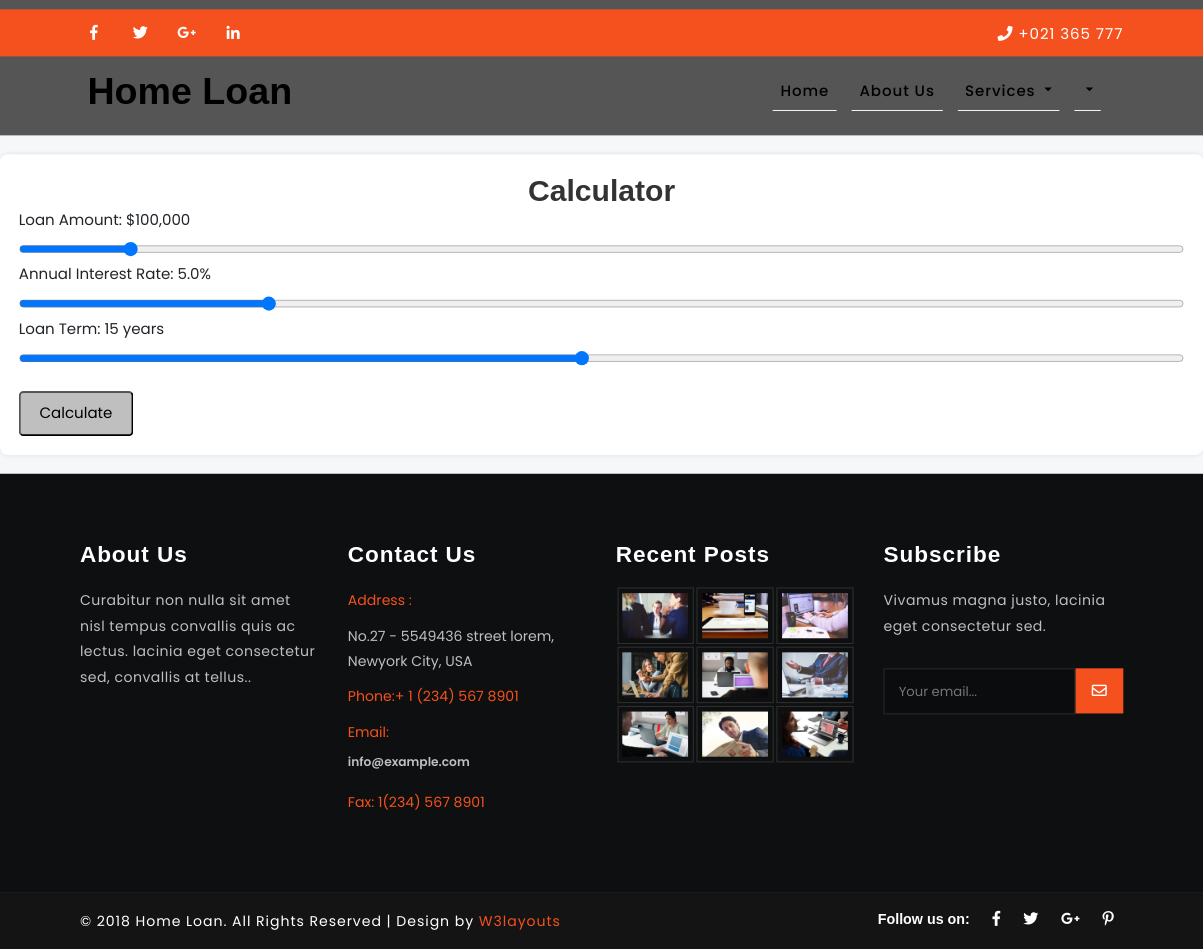
Repository: 72-faisal/Spring-MVC-project
Page: http://localhost/HomeLoan/WEB-INF/views/homeLoanEMI.jsp
These files come from the project's save history. The page is drawn as it stood at one moment and after the next save; the edit follows.
The browser window is 1280 px wide. The pictures show the whole page, at 94% of full size.
Some web fonts or font styles are not loaded; a fallback is used. The page is served by Tomcat 9. Nobody is signed in. The template is opened directly, without the code that normally fills it, so the values that code supplies are empty.

Above is the page before, as saved 2024-01-14 05:46:31.

After the next save:
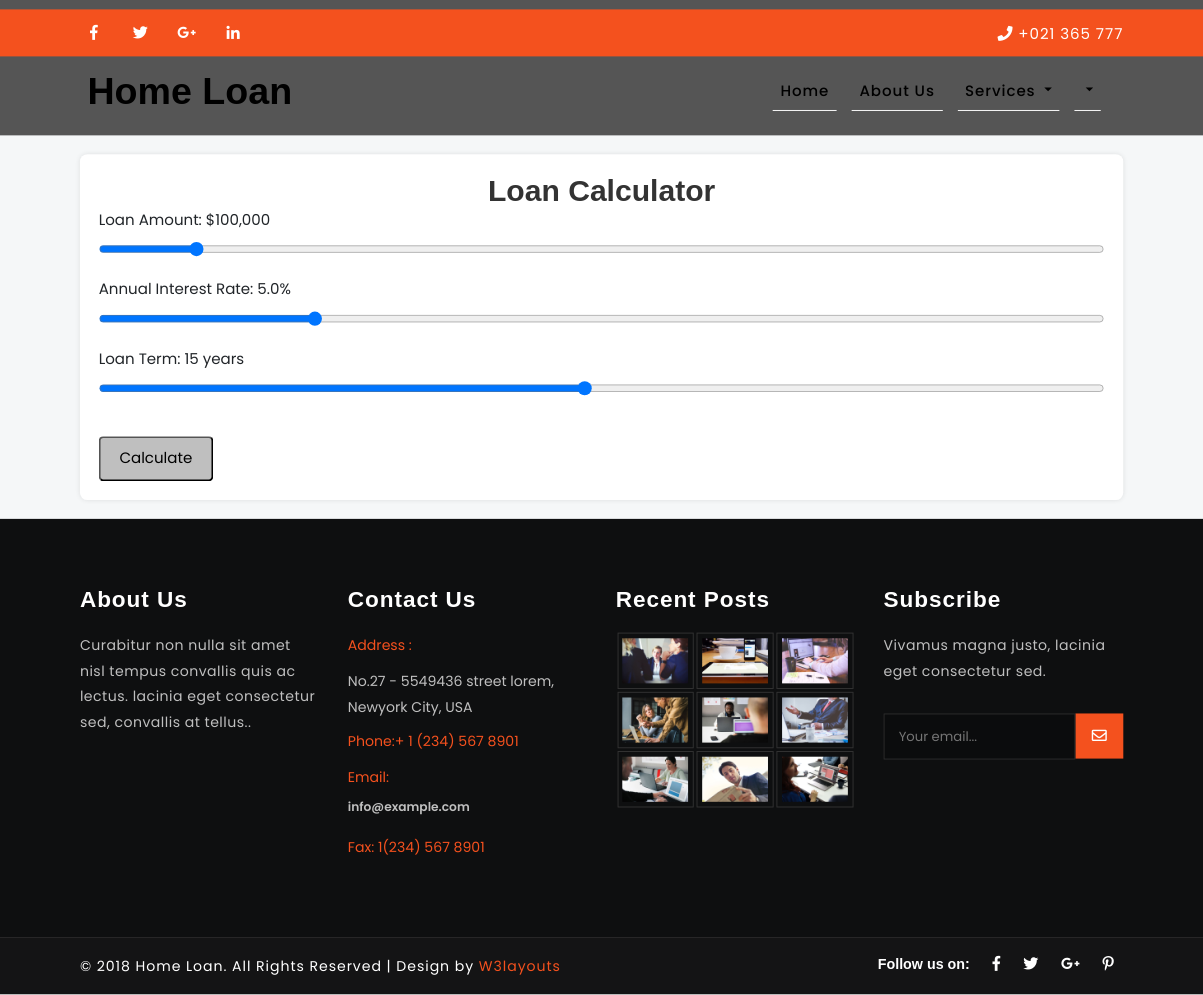
Saved 36 s later.
--- a/HomeLoan/src/main/webapp/WEB-INF/views/homeLoanEMI.jsp
+++ b/HomeLoan/src/main/webapp/WEB-INF/views/homeLoanEMI.jsp
@@ -299,26 +299,30 @@ SmartPhone Compatible web template, free WebDesigns for Nokia, Samsung, LG, Sony
 	<!-- //header -->
 
 	<!-- Apply Online Section -->
-	<form id="loanForm" action="${pageContext.request.contextPath}/HomeEMI" method="post">
-		<div
-			class="apply-online resp-tab-content hor_1 resp-tab-content-active"
-			aria-labelledby="hor_1_tab_item-2" style="display: block">
-			<h2 style="text-align: center">
-				<span >Calculator</span>
-			</h2>
-
-            <label for="loanAmount">Loan Amount: $<span id="loanAmountValue">100,000</span></label>
-            <input type="range" id="loanAmount" name="loanAmount" min="10000" max="1000000" step="1000" value="100000">
-
-            <label for="interestRate">Annual Interest Rate: <span id="interestRateValue">5.0</span>%</label>
-            <input type="range" id="interestRate" name="interestRate" min="1" max="20" step="0.1" value="5.0">
-
-            <label for="loanTerm">Loan Term: <span id="loanTermValue">15</span> years</label>
-            <input type="range" id="loanTerm" name="loanTerm" min="1" max="30" step="1" value="15">
-
-            <button type="submit" >Calculate</button>
+	  <div class="container">
+        <form id="loanForm" action="${pageContext.request.contextPath}/HomeEMI" method="post" class="apply-online">
+            <h2 style="text-align: center">
+                <span>Loan Calculator</span>
+            </h2>
+
+            <div class="form-group">
+                <label for="loanAmount">Loan Amount: $<span id="loanAmountValue">100,000</span></label>
+                <input type="range" id="loanAmount" name="loanAmount" min="10000" max="1000000" step="1000" value="100000">
             </div>
+
+            <div class="form-group">
+                <label for="interestRate">Annual Interest Rate: <span id="interestRateValue">5.0</span>%</label>
+                <input type="range" id="interestRate" name="interestRate" min="1" max="20" step="0.1" value="5.0">
+            </div>
+
+            <div class="form-group">
+                <label for="loanTerm">Loan Term: <span id="loanTermValue">15</span> years</label>
+                <input type="range" id="loanTerm" name="loanTerm" min="1" max="30" step="1" value="15">
+            </div>
+
+            <button type="submit">Calculate</button>
         </form>
+    </div>
 
 			<!-- <p>&nbsp;</p>
 		<p>&nbsp;</p> -->
